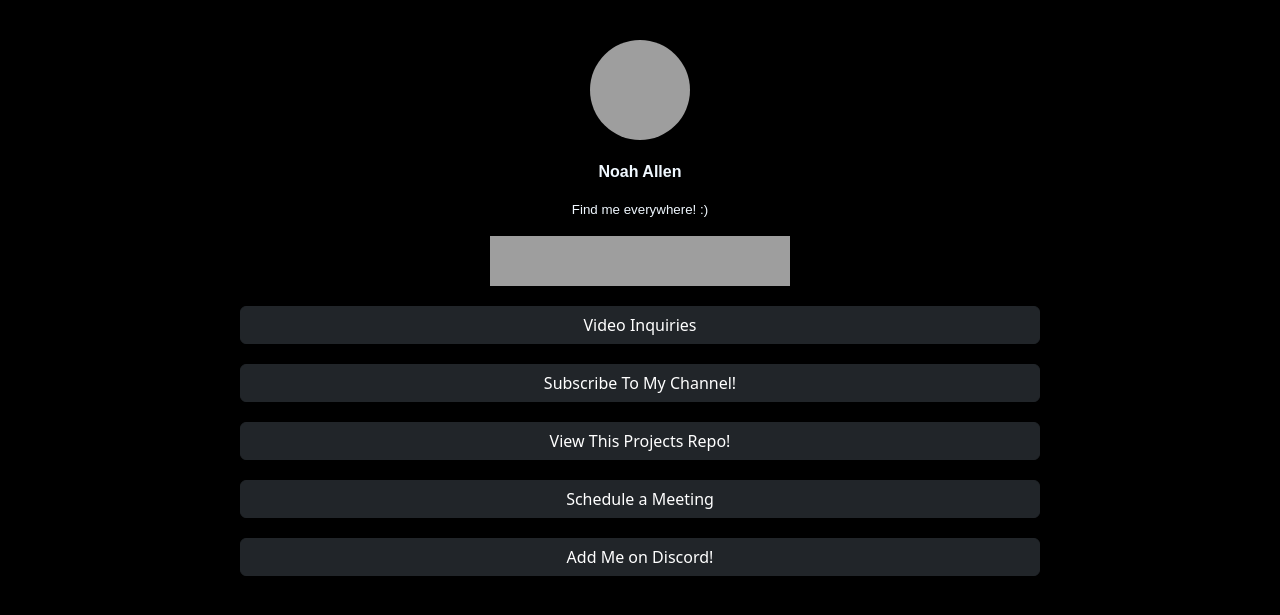
Repository: noahcallen/LAB-link-in-bio
Page: index.html
The author's editor kept a copy of each file at every save. The page is drawn from the files as they stood at one save, then again after the next save.
The browser window is 1280 px wide. The pictures show the whole page.
Pictures or frames that could not be fetched are drawn as grey boxes.

Above is the page before, as saved 2024-07-13 13:56:38.

### index.html
<!DOCTYPE html>
<html lang="en">
<head>
  <meta charset="UTF-8">
  <meta name="viewport" content="width=device-width, initial-scale=1.0">
  <title>Link In Bio</title>
  <link href="https://cdn.jsdelivr.net/npm/bootstrap@5.3.3/dist/css/bootstrap.min.css" rel="stylesheet" integrity="sha384-QWTKZyjpPEjISv5WaRU9OFeRpok6YctnYmDr5pNlyT2bRjXh0JMhjY6hW+ALEwIH" crossorigin="anonymous">
  <link rel="stylesheet" href="main.css">
</head>
<body>

  <div class="container">
      <img src="https://avatars.githubusercontent.com/u/136144179?v=4" class="card-img-top" >
      <!-- Text  -->
      <div class="name">
        <p>Noah Allen</p>
      </div>
      <div class="message">
        <p>Find me everywhere! :)</p>
      </div>
      <!-- End Text  -->

      <!-- Start Social Links -->
       <div class="socials">
        <img src="https://encrypted-tbn0.gstatic.com/images?q=tbn:ANd9GcR8ALE7oHkCVQW__BqksKPvfOMVRld6PdFwwkGmH8uDJ3YEy_ublWKWsEdTTQjP0spD8q0&usqp=CAU" alt="" width="50px">
        <img src="https://encrypted-tbn0.gstatic.com/images?q=tbn:ANd9GcSZE04GAOT6LgF5lVla1uWH3ayJ8zGBKlIE1A&s" alt="" width="50px">
        <img src="https://uxwing.com/wp-content/themes/uxwing/download/brands-and-social-media/youtube-app-white-icon.png" alt="" width="50px">
        <img src="https://uxwing.com/wp-content/themes/uxwing/download/brands-and-social-media/tiktok-round-white-icon.png" alt="" width="50px">
        <img src="https://encrypted-tbn0.gstatic.com/images?q=tbn:ANd9GcSdWgDleYaMDY3x_ejUUS-83F7dAkAAd9ucXQ&s" alt="" width="50px">
        <img src="https://static.vecteezy.com/system/resources/thumbnails/019/874/344/small/instagram-apps-icon-free-png.png" alt="" width="50px">

       </div>
    <div class="row">
      <div class="col">
        <button type="button" class="btn btn-dark">Video Inquiries</button>
        <button type="button" class="btn btn-dark">Subscribe To My Channel!</button>
        <button type="button" class="btn btn-dark">View This Projects Repo!</button>
        <button type="button" class="btn btn-dark">Schedule a Meeting</button>
        <button type="button" class="btn btn-dark">Add Me on Discord!</button>
      </div>
    </div>
  </div>






  <script src="main.js"></script>
  <script src="https://cdn.jsdelivr.net/npm/bootstrap@5.3.3/dist/js/bootstrap.bundle.min.js" integrity="sha384-YvpcrYf0tY3lHB60NNkmXc5s9fDVZLESaAA55NDzOxhy9GkcIdslK1eN7N6jIeHz" crossorigin="anonymous"></script>

</body>
</html>

### main.css
body {
  background-color:black;
}

.container {
  display: flex;
  flex-direction: column;
  align-items: center;
  padding: 40px;
}
.card-img-top {
  border-radius: 50%;
  height: 100px;
  width: 100px;
  margin-bottom: 20px;
}

.btn {
  display: flex;
  justify-content: space-around;
  text-align: center;
  margin: 20px;
  padding-left: 250px;
  padding-right: 250px;
  width: 800px;
}

.name {
  color: aliceblue;
  font-weight: bold;
  font-family: Arial, Helvetica, sans-serif;
}

.message {
  color: aliceblue;
  font-family: Arial, Helvetica, sans-serif;
  font-size: smaller;
}

.socials {
  display: flex;
  justify-content: center;
  width: 1px;
  height: 50px;
}

Loaded but not shown: main.js (common file)

After the next save:
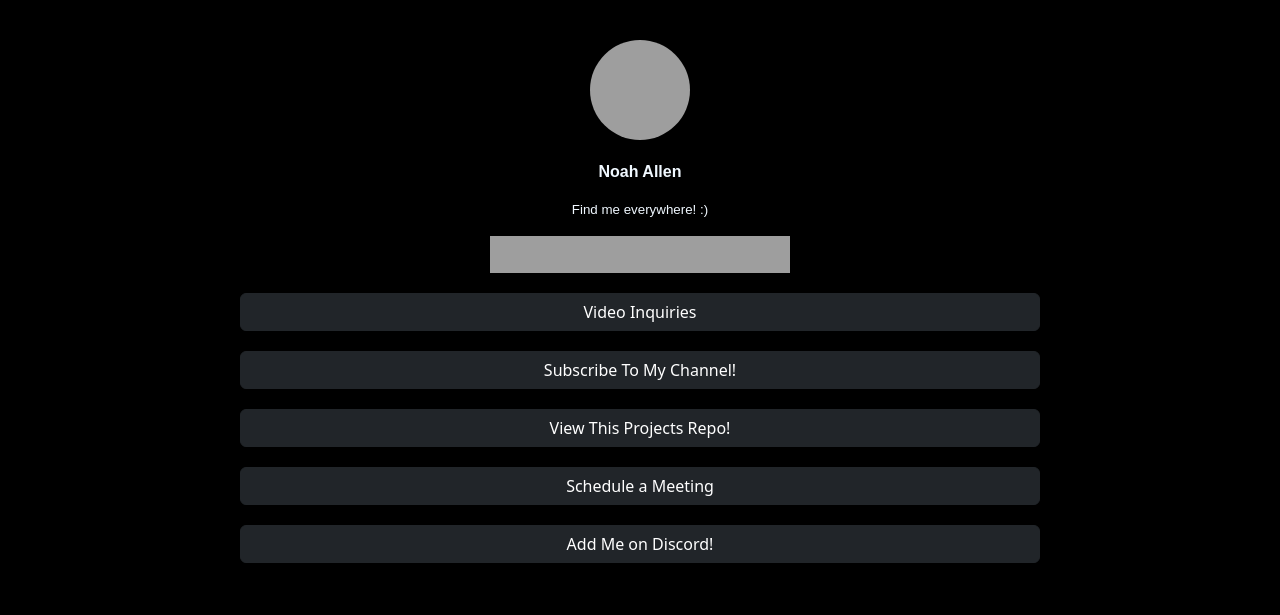
Saved 15 s later.
--- a/main.css
+++ b/main.css
@@ -40,6 +40,6 @@ body {
 .socials {
   display: flex;
   justify-content: center;
-  width: 1px;
-  height: 50px;
+  /* width: 1px;
+  height: 50px; */
 }
